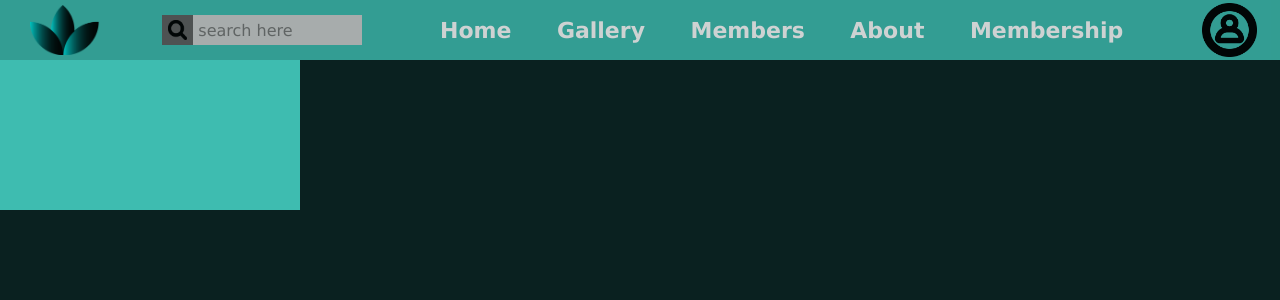
Repository: RawahaMR11/my_assignments
Page: rawaha computer/Shah Designs web/Shah home page.html
An editor plug-in stored every save of this project. The page is shown before and after the next save, followed by the edit.
The browser window is 1280 px wide. The pictures show the whole page.

Above is the page before, as saved 2024-12-12 17:53:33.

After the next save:
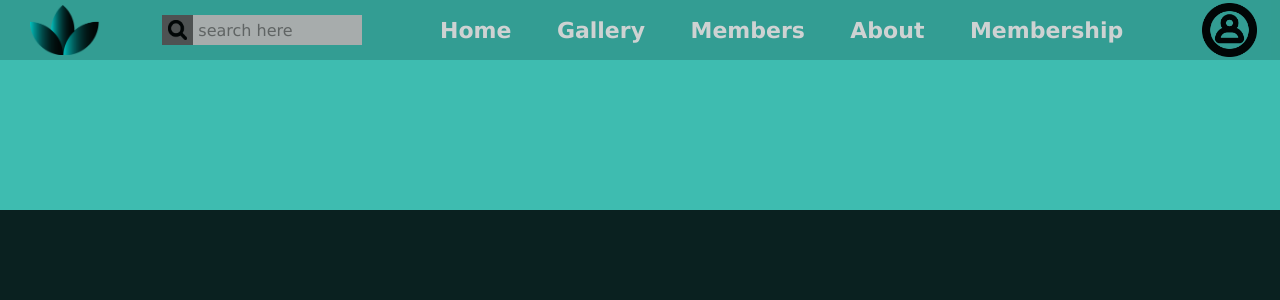
Saved 72 s later.
--- a/rawaha computer/Shah Designs web/Shah home page.css
+++ b/rawaha computer/Shah Designs web/Shah home page.css
@@ -158,8 +158,7 @@ header {
       cursor: pointer;
 }
 .wrapper {
-      width: 300px;
+      width: 100%;
       height: 150px;
-      vertical-align: middle;
       background-color:rgb(62, 188, 176);
 }
